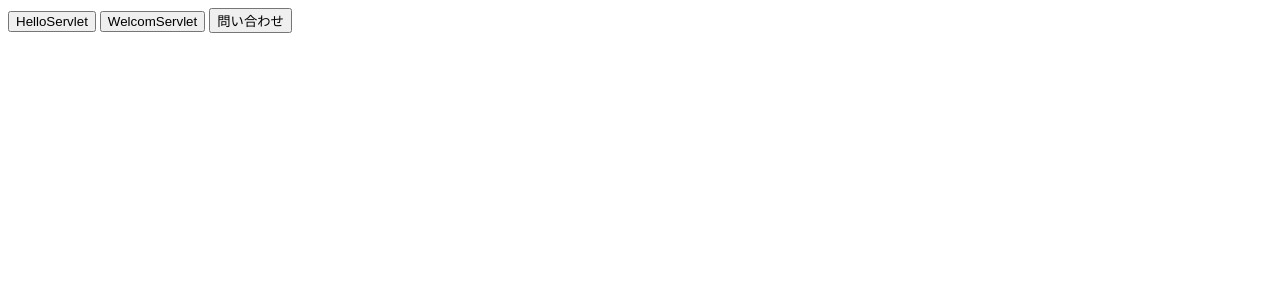
Repository: cha-git/test
Page: http://localhost/HelloServlet/
An editor plug-in stored every save of this project. The page is shown before and after the next save, followed by the edit.
The browser window is 1280 px wide. The pictures show the whole page.
The page is served by Tomcat 9. Other server files are loaded and not shown.

Above is the page before, as saved 2018-12-05 11:06:25.

### HelloServlet/WebContent/index.jsp
<%@ page language="java" contentType="text/html; charset=UTF-8"
    pageEncoding="UTF-8"%>
<!DOCTYPE html PUBLIC "-//W3C//DTD HTML 4.01 Transitional//EN" "http://www.w3.org/TR/html4/loose.dtd">
<html>
<head>
<meta http-equiv="Content-Type" content="text/html; charset=UTF-8">
<title>HelloServlet</title>
</head>
<body>
	<input type="button" value="HelloServlet" onClick="location.href='HelloServlet'">
	<input type="button" value="WelcomServlet" onClick="location.href='welcome.jsp'">
	<input type="button" value="問い合わせ" onClick="location.href='inquiry.jsp'">
</body>
</html>

After the next save:
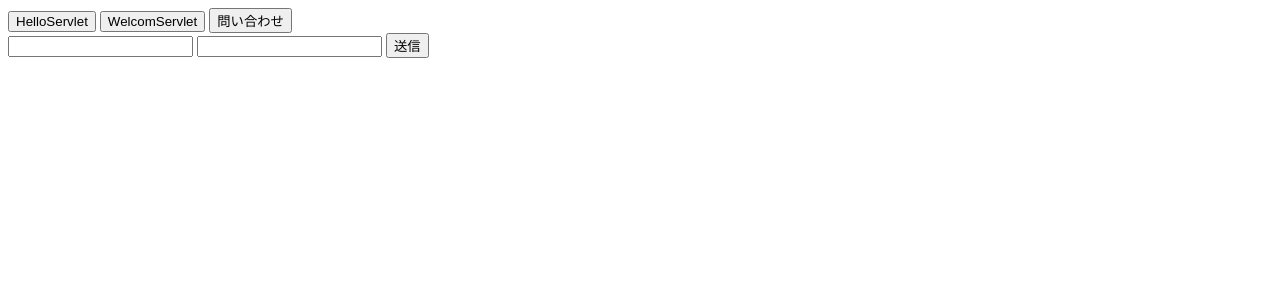
Saved 6 min 6 s later.
--- a/HelloServlet/WebContent/index.jsp
+++ b/HelloServlet/WebContent/index.jsp
@@ -10,5 +10,10 @@
 	<input type="button" value="HelloServlet" onClick="location.href='HelloServlet'">
 	<input type="button" value="WelcomServlet" onClick="location.href='welcome.jsp'">
 	<input type="button" value="問い合わせ" onClick="location.href='inquiry.jsp'">
+	<form method="get" action="TestServlet">
+		<input type="text" name="username">
+		<input type="password" name="password">
+		<input type="submit" value="送信">
+	</form>
 </body>
 </html>
